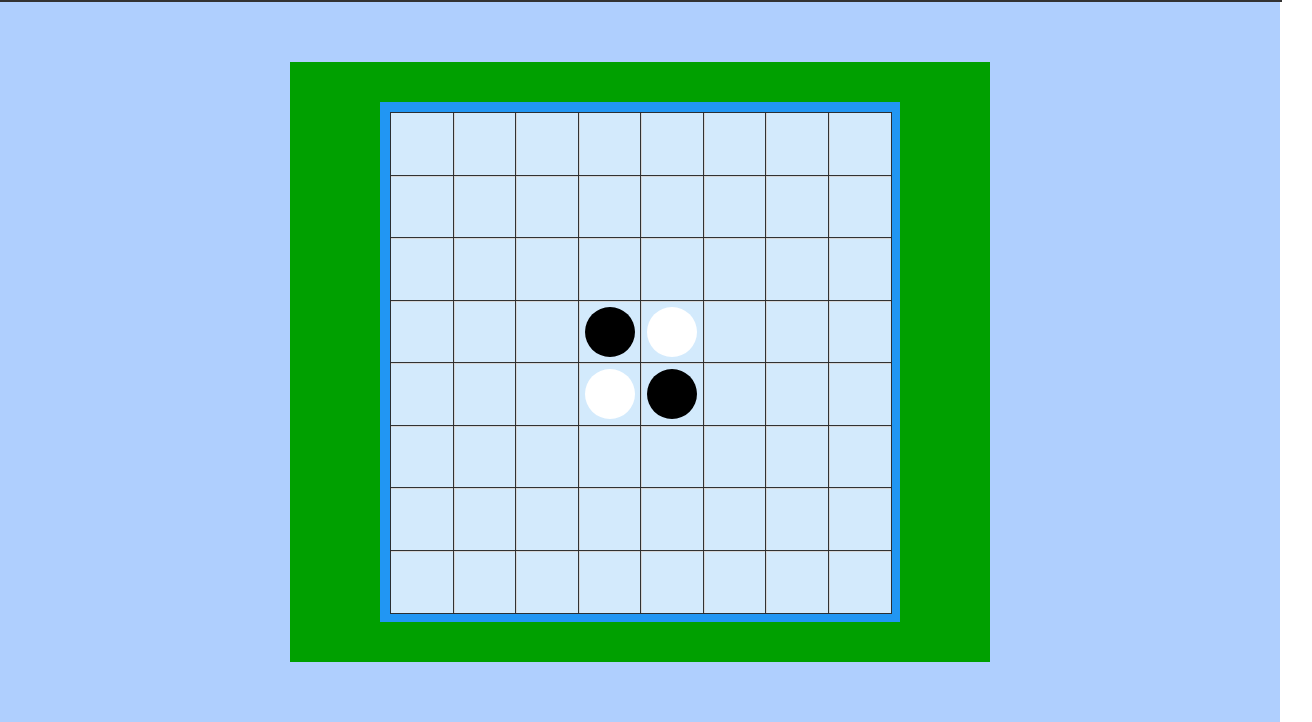
Repository: eliaoucohen72/react-reversi
Page: /
An editor plug-in stored every save of this project. The page is shown before and after a run of saves, followed by the edit.
The browser window is 1280 px wide. The page is 1282 px wide, then 1312 px, so the pictures cover 1312 px, including what lies to the right of the window. The pictures show the whole page.
The project was rebuilt for these pictures with package versions that can differ from the ones it lists, and the page was loaded fresh each time. Also part of the build but not shown: vite.config.ts.

Above is the page before, as saved 2024-09-05 15:58:45.

### src/App.tsx
import { useState } from "react";
import "./App.css";

type Player = "black" | "white";

// Fonction pour vérifier et retourner les pions capturés
const flipPieces = (
  board: string[],
  index: number,
  player: Player
): string[] => {
  const directions = [-1, 1, -8, 8, -9, 9, -7, 7];
  const opponent = player === "black" ? "white" : "black";
  const newBoard = [...board]; // Copier le plateau

  for (const direction of directions) {
    let i = index + direction;
    const toFlip = []; // Pions à retourner

    while (i >= 0 && i < 64 && board[i] === opponent) {
      toFlip.push(i); // Ajouter les positions des pions adverses
      i += direction;
    }

    // Si on trouve un pion du joueur à la fin de la ligne d'adversaires
    if (i >= 0 && i < 64 && board[i] === player) {
      toFlip.forEach((pos) => {
        newBoard[pos] = player; // Retourner les pions
      });
    }
  }

  return newBoard;
};

// Fonction pour vérifier si un coup est valide
const isValidMove = (
  board: string[],
  index: number,
  player: Player
): boolean => {
  if (board[index] !== "empty") return false; // La case doit être vide

  const directions = [-1, 1, -8, 8, -9, 9, -7, 7];
  const opponent = player === "black" ? "white" : "black";

  for (const direction of directions) {
    let i = index + direction;
    let foundOpponent = false;

    while (i >= 0 && i < 64 && board[i] === opponent) {
      i += direction;
      foundOpponent = true;
    }

    // Si un pion du joueur est trouvé après les pions adverses
    if (foundOpponent && i >= 0 && i < 64 && board[i] === player) {
      return true;
    }
  }

  return false;
};

function App() {
  const [currentPlayer, setCurrentPlayer] = useState<Player>("black");
  const [board, setBoard] = useState<string[]>(() => initBoard());

  // Initialiser le plateau avec les pions de départ
  function initBoard(): string[] {
    const initialBoard = Array(64).fill("empty");
    initialBoard[27] = "black";
    initialBoard[28] = "white";
    initialBoard[35] = "white";
    initialBoard[36] = "black";
    return initialBoard;
  }

  const handleClick = (i: number) => {
    if (isValidMove(board, i, currentPlayer)) {
      let newBoard = [...board];
      newBoard[i] = currentPlayer; // Placer le pion
      newBoard = flipPieces(newBoard, i, currentPlayer); // Retourner les pions
      setBoard(newBoard); // Mettre à jour le plateau

      // Passer au joueur suivant
      setCurrentPlayer(currentPlayer === "black" ? "white" : "black");
    } else {
      console.log("Coup invalide");
    }
  };

  return (
    <>
      <div className="item">
        <div className="black" />
      </div>
      <div className="wrapper">
        <div className="subWrapper">
          <div className="grid-container">
            {board.map((cell, i) => (
              <div className="item" key={i}>
                <div onClick={() => handleClick(i)} className={cell} />
              </div>
            ))}
          </div>
        </div>
      </div>
    </>
  );
}

export default App;

### src/App.css
.wrapper {
  width: 100vw;
  height: 100vh;
  background-color: #afcffe;
  position: relative;
}

.subWrapper {
  position: absolute;
  width: 700px;
  height: 600px;
  background-color: #00a000;
  top: 50%;
  left: 50%;
  transform: translate(-50%, -50%);
  display: flex;
  align-items: center;
  justify-content: center;
}

.grid-container {
  display: grid;
  grid-template-columns: 12.5% 12.5% 12.5% 12.5% 12.5% 12.5% 12.5% 12.5%;
  background-color: #2196f3;
  padding: 10px;
  width: 500px;
  height: 500px;
}
.item {
  background-color: rgba(255, 255, 255, 0.8);
  border: 1px solid rgba(0, 0, 0, 0.8);
  text-align: center;
  font-size: 16px;
  display: flex;
  align-items: center;
  justify-content: center;
  height: 100%;
  width: 100%;
}

.white {
  background-color: rgba(255, 255, 255);
  height: 80%;
  width: 80%;
  border-radius: 30px;
}

.black {
  background-color: rgba(0, 0, 0);
  height: 80%;
  width: 80%;
  border-radius: 30px;
}

.empty {
  height: 80%;
  width: 80%;
  border-radius: 30px;
}

Loaded but not shown: index.html (common file); src/main.tsx (common file); src/index.css (common file)

After the next 3 saves:
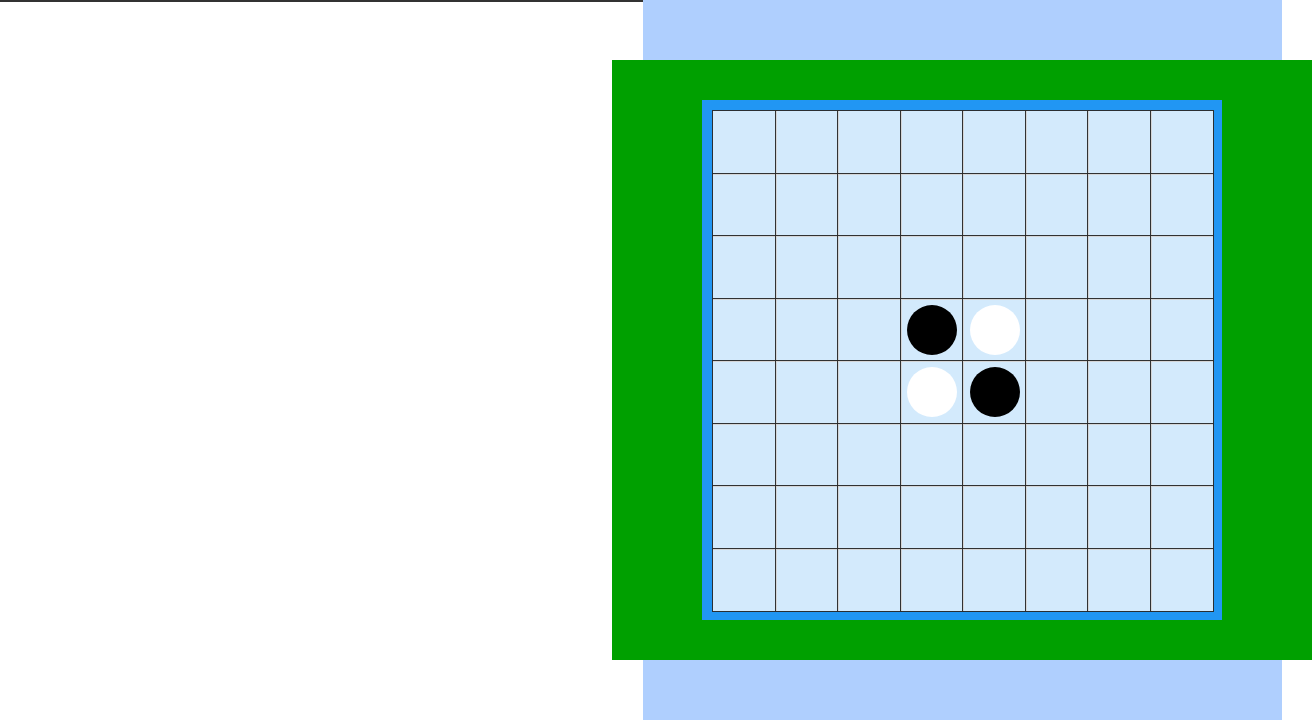
The 3 saves are shown as one change because 2 did not build or start.
The last was saved 2 min 56 s later.
--- a/src/App.tsx
+++ b/src/App.tsx
@@ -91,7 +91,7 @@ function App() {
   };
 
   return (
-    <>
+    <div style={{ display: "flex" }}>
       <div className="item">
         <div className="black" />
       </div>
@@ -106,7 +106,7 @@ function App() {
           </div>
         </div>
       </div>
-    </>
+    </div>
   );
 }
 
